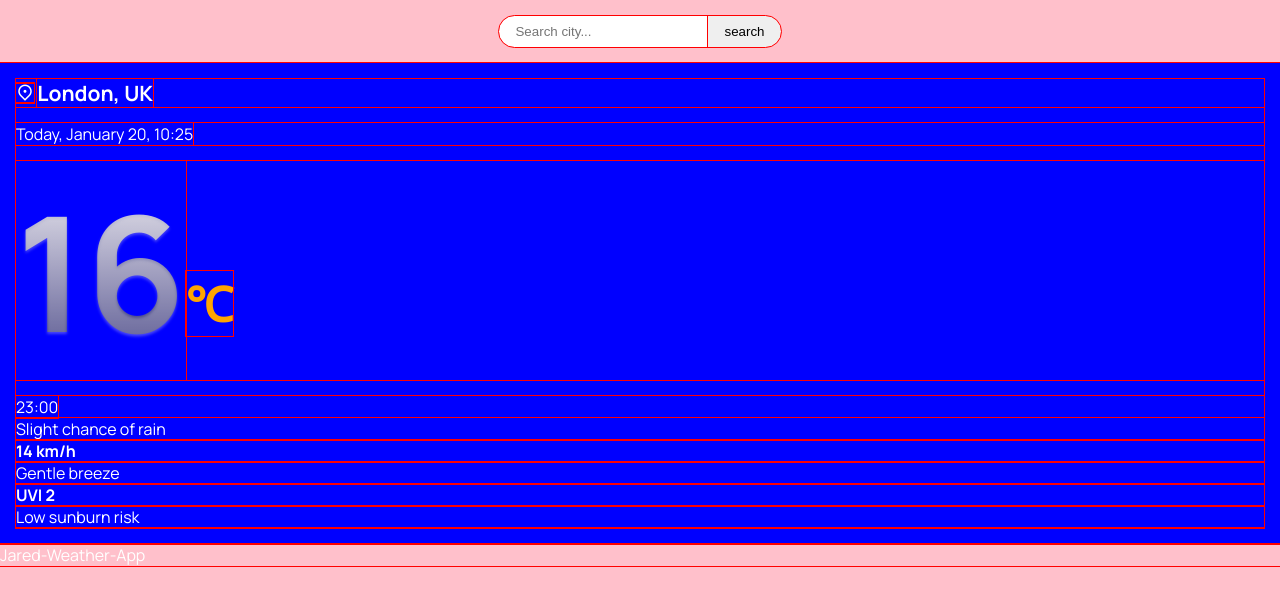
Repository: EguJaredoBoyd/Jared-Weather-App
Page: main.html
An editor plug-in stored every save of this project. The page is shown before and after the next save, followed by the edit.
The browser window is 1280 px wide. The pictures show the whole page.
Some web libraries are served in a nearby version.

Above is the page before, as saved 2026-01-22 17:07:16.

### main.html
<!doctype html>
<html lang="en">
  <head>
    <meta charset="UTF-8" />
    <meta name="viewport" content="width=device-width, initial-scale=1.0" />
    <link rel="preconnect" href="https://fonts.googleapis.com" />
    <link rel="preconnect" href="https://fonts.gstatic.com" crossorigin />
    <link
      href="https://fonts.googleapis.com/css2?family=Manrope:wght@200..800&display=swap"
      rel="stylesheet"
    />
    <head>
      <link
        href="https://cdn.jsdelivr.net/npm/remixicon@4.8.0/fonts/remixicon.css"
        rel="stylesheet"
      />
    </head>
    <link rel="stylesheet" href="./css/styles.css" />
    <title>Jared-Weather-App</title>
  </head>
  <body class="weather-app">
    <div class="weather-app__container">
      <header>
        <div class="search-place">
          <input
            type="text"
            placeholder="Search city..."
            aria-label="Search city"
          />
          <button>search</button>
        </div>
      </header>
      <main>
        <section class="current-weather">
          <div class="place-searched">
            <i class="ri-map-pin-2-line"></i>
            <h3 class="city-name">London, UK</h3>
          </div>
          <div class="date-today">
            <time datetime="2026-01-20T10:25">Today, January 20, 10:25</time>
          </div>
          <div class="place-temperature">
            <span class="place-temperature__measure"><h3>16</h3></span>
            <span class="place-temperature__degree"><h3>℃</h3></span>
          </div>
          <div class="place-forecast">
            <article class="forecast-item forecast-item--weather">
              <time datetime="23:00">23:00</time>
              <p>Slight chance of rain</p>
            </article>

            <article class="forecast-item forecast-item--wind">
              <h4>14 km/h</h4>
              <p>Gentle breeze</p>
            </article>

            <article class="forecast-item forecast-item--uv">
              <h4>UVI 2</h4>
              <p>Low sunburn risk</p>
            </article>
          </div>
        </section>
        <section class="swipe-section">
          <!-- Hourly and daily forecast will slide in here! -->
        </section>
      </main>
      <footer>
        <div><p>Jared-Weather-App</p></div>
      </footer>
    </div>
  </body>
</html>

### css/styles.css
/* ==== CSS RESET ==== */
*,
*::before,
*::after {
  margin: 0;
  padding: 0;
  box-sizing: border-box;
  outline: 1px solid red;
}

:root {
  --background-color: #03045e;
  --text-color: white;
}

html {
  font-size: 16px;
}

body {
  font-family: "Manrope", sans-serif;
  background-color: var(--background-color);
  color: var(--text-color);
}

.weather-app__container {
  display: flex;
  flex-direction: column;
  background-color: pink;
  height: 100vh;
}

.search-place {
  display: flex;
  justify-content: center;
  padding: 1rem;
}

.search-place input {
  padding: 0.5rem 1rem;
  border: none;
  border-bottom-left-radius: 1rem;
  border-top-left-radius: 1rem;
}

.search-place button {
  border: none;
  border-top-right-radius: 1rem;
  border-bottom-right-radius: 1rem;
  padding: 0.5rem 1rem;
}

main {
  background-color: blue;
  display: flex;
  flex-direction: column;
  padding: 1rem;
}

.current-weather {
  display: flex;
  flex-direction: column;
  row-gap: 1rem;
}

.place-searched {
  display: flex;
  align-items: center;
  column-gap: 0.2rem;
  font-size: large;
}

.place-temperature {
  display: flex;
  align-items: center;
}

.place-temperature__measure h3 {
  font-size: 10rem;
  background: linear-gradient(to bottom, white, var(--background-color));
  -webkit-background-clip: text;
  background-clip: text;
  -webkit-text-fill-color: transparent;
  text-shadow: 0 2px 3px rgba(243, 235, 235, 0.3);
}

.place-temperature__degree {
  position: relative;
  color: orange;
}

.place-temperature__degree h3 {
  font-size: 3rem;
  position: absolute;
  top: 0;
}

After the next save:
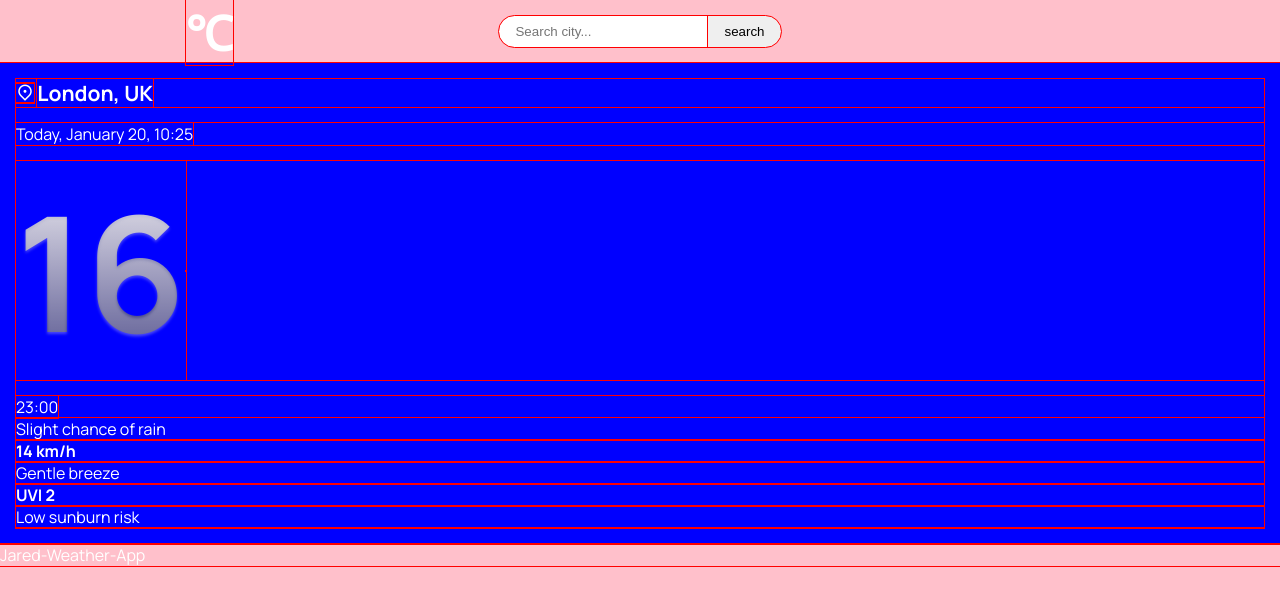
Saved 25 s later.
--- a/css/styles.css
+++ b/css/styles.css
@@ -84,11 +84,6 @@ main {
   text-shadow: 0 2px 3px rgba(243, 235, 235, 0.3);
 }
 
-.place-temperature__degree {
-  position: relative;
-  color: orange;
-}
-
 .place-temperature__degree h3 {
   font-size: 3rem;
   position: absolute;
